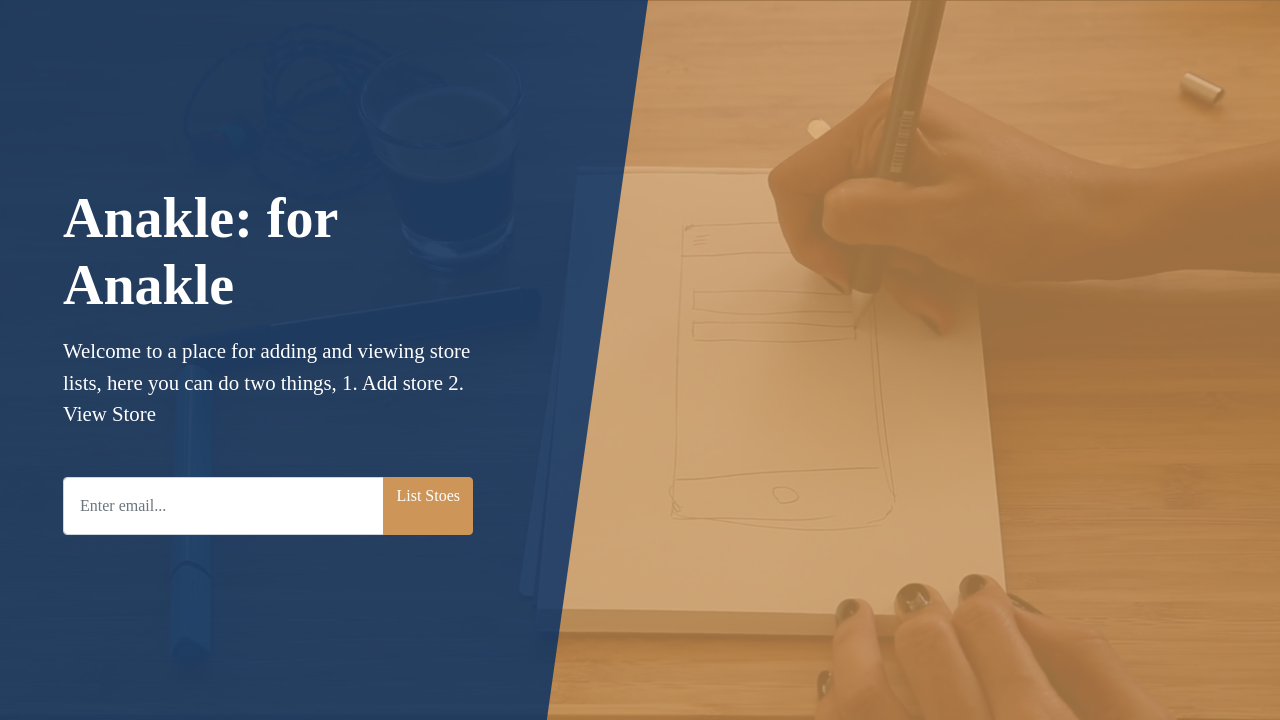
Repository: Guruscode/mega-list
Page: http://localhost/
These files come from the project's save history. The page is drawn as it stood at one moment and after the next save; the edit follows.
The browser window is 1280 px wide. The pictures show the whole page.
The page is run by PHP 8.4 with error messages shown; the project is at /var/www/html/.

Above is the page before, as saved 2018-02-20 23:02:49.
Console error: TypeError: Cannot read properties of undefined (reading 'fn')

### index.php
<!DOCTYPE html>
<html lang="en">
<head>
    <meta charset="UTF-8">
    <meta name="viewport" content="width=device-width, initial-scale=1.0">
    <meta http-equiv="X-UA-Compatible" content="ie=edge">

    <link rel="stylesheet" href="css/bootstrap.min.css">
    <link href="css/welcome.min.css" rel="stylesheet">

    <title>Anakle: For Anakle</title>
</head>
<body>

        <div class="overlay"></div>

        <div class="masthead">
        <div class="masthead-bg"></div>
        <div class="container h-100">
            <div class="row h-100">
            <div class="col-12 my-auto">
                <div class="masthead-content text-white py-5 py-md-0">
                <h1 class="mb-3">Anakle: for Anakle</h1>
                <p class="mb-5">Welcome to a place for adding and viewing store lists, here you can do two things, 1. Add store 2. View Store</p>
                <div class="input-group input-group-newsletter">
                    <input type="email" class="form-control" placeholder="Enter email..." aria-label="Enter email..." aria-describedby="basic-addon">
                    <div class="input-group-append">
                    <a class="btn btn-secondary">List Stoes</a>
                    </div>
                </div>
                </div>
            </div>
            </div>
        </div>
        </div>


<script src="js/bootstrap.min.js"></script>
<script src="js/jquery-3.3.1.min.js"></script>
<script src="js/bootstrap.bundle.min.js"></script>
<script src="js/jquery.vide.min.js"></script>
<script src="js/welcome.min.js"></script>

</body>
</html>

Loaded but not shown: css/bootstrap.min.css (library); css/welcome.min.css (common file); js/bootstrap.min.js (library); js/jquery-3.3.1.min.js (library); js/bootstrap.bundle.min.js (library); js/jquery.vide.min.js (library); js/welcome.min.js (common file)

After the next save:
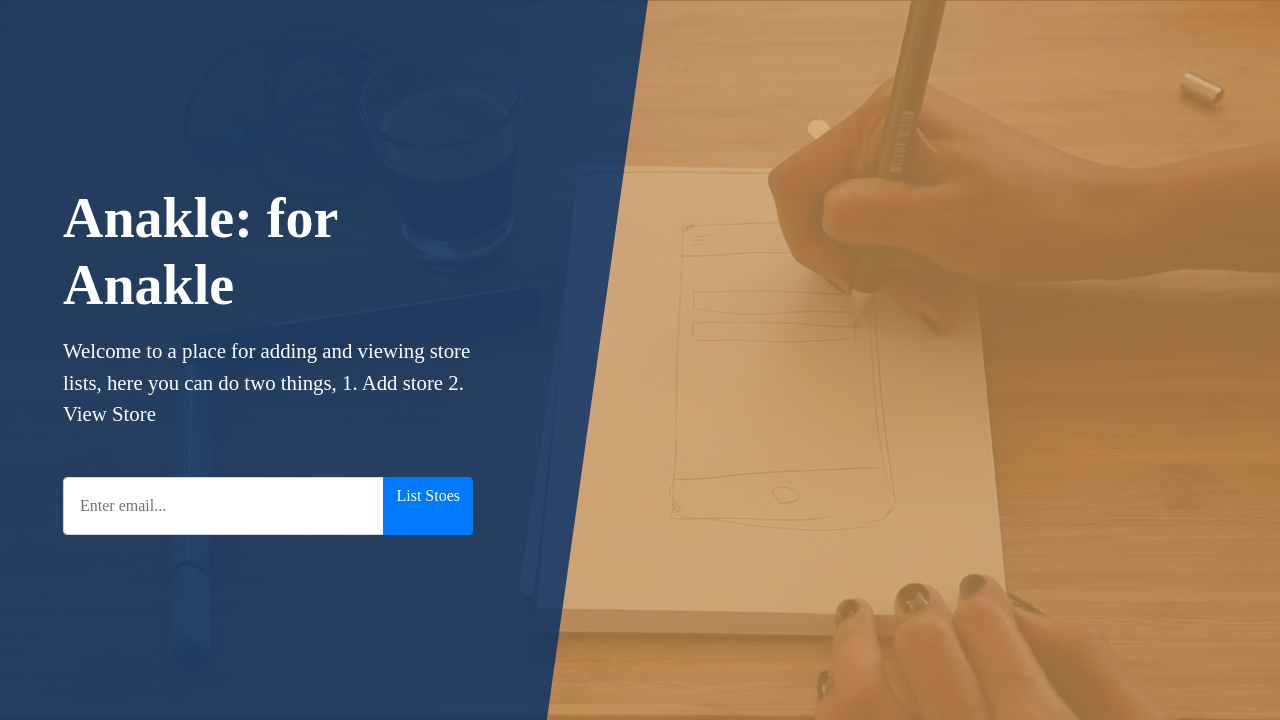
Saved 10 s later.
--- a/index.php
+++ b/index.php
@@ -25,7 +25,7 @@
                 <div class="input-group input-group-newsletter">
                     <input type="email" class="form-control" placeholder="Enter email..." aria-label="Enter email..." aria-describedby="basic-addon">
                     <div class="input-group-append">
-                    <a class="btn btn-secondary">List Stoes</a>
+                    <a class="btn btn-primary">List Stoes</a>
                     </div>
                 </div>
                 </div>

After the save that followed:
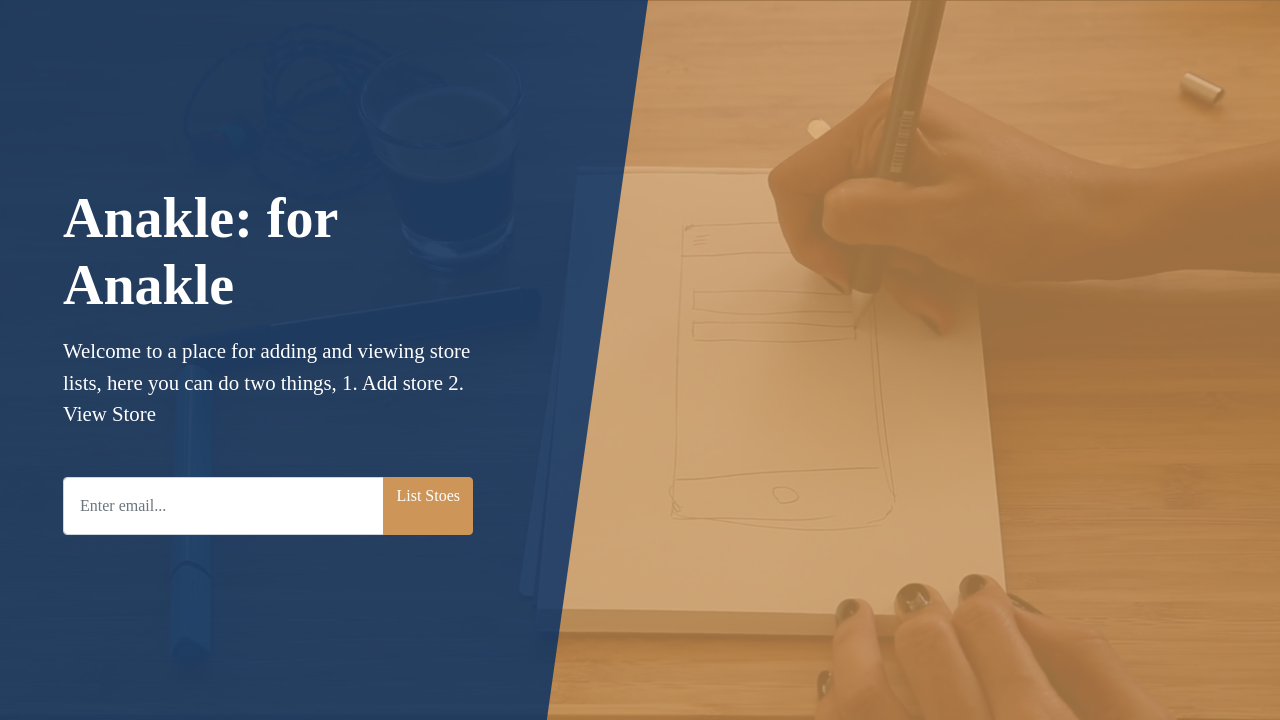
Saved 9 s later.
--- a/index.php
+++ b/index.php
@@ -25,7 +25,7 @@
                 <div class="input-group input-group-newsletter">
                     <input type="email" class="form-control" placeholder="Enter email..." aria-label="Enter email..." aria-describedby="basic-addon">
                     <div class="input-group-append">
-                    <a class="btn btn-primary">List Stoes</a>
+                    <a class="btn btn-secondary">List Stoes</a>
                     </div>
                 </div>
                 </div>
